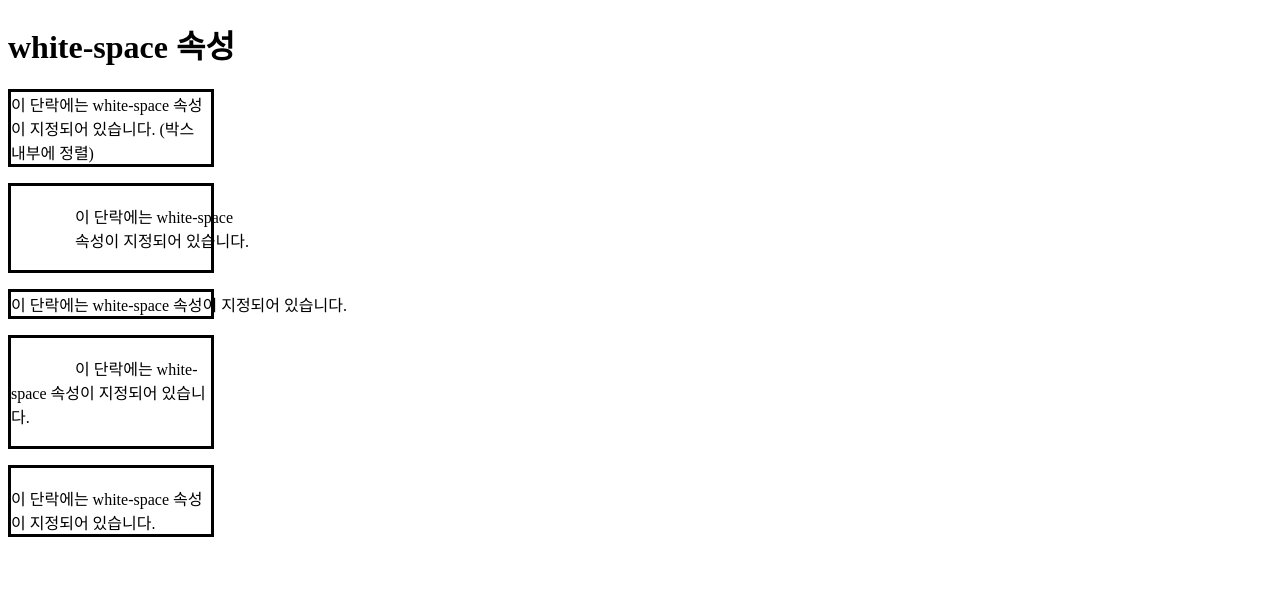
Repository: cussip/SuperHands
Page: WebExam/src/main/webapp/css/fonts/text/white-space.html
These files come from the project's save history. The page is drawn as it stood at one moment and after a run of saves; the edit follows.
The browser window is 1280 px wide. The pictures show the whole page.

Above is the page before, as saved 2022-01-31 02:32:39.

After the next 2 saves:
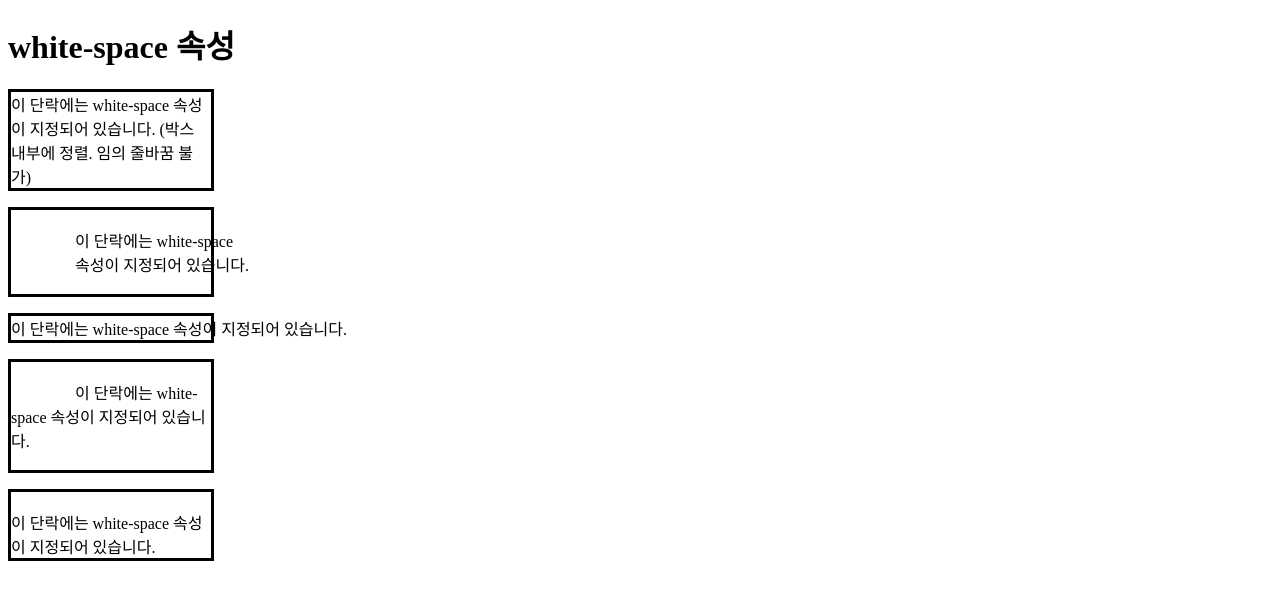
The 2 saves are shown as one change because they came seconds apart.
The last was saved 11 s later.
--- a/WebExam/src/main/webapp/css/fonts/text/white-space.html
+++ b/WebExam/src/main/webapp/css/fonts/text/white-space.html
@@ -20,7 +20,8 @@
 	<h1>white-space 속성</h1>
 	<p class="normal">
 		이 단락에는 white-space 속성이 지정되어 있습니다.
-		(박스 내부에 정렬)
+		(박스 내부에 정렬.
+		임의 줄바꿈 불가)
 	</p>
 	<p class="pre">
 		이 단락에는 white-space
